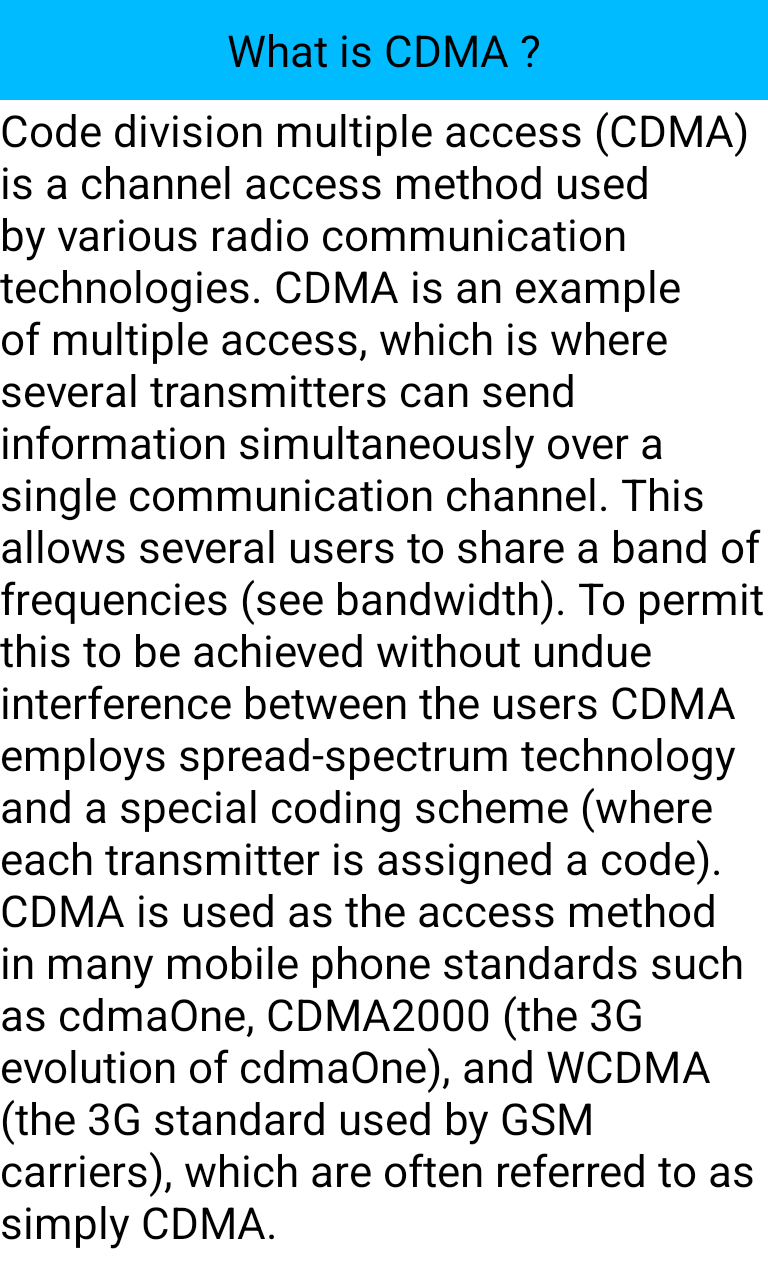
Repository: sbobhate/Android-Applications
Layout: EWBProject/res/layout/fragment1.xml
An editor plug-in stored every save of this project. The layout is shown before and after the next save, followed by the edit.
It is drawn on a 768 x 1280 px phone screen (xhdpi) without system bars, with theme AppTheme; the app's code is not run.

Above is the layout before, as saved 2014-02-22 02:41:59.

### EWBProject/res/layout/fragment1.xml
<?xml version="1.0" encoding="utf-8"?>
<RelativeLayout xmlns:android="http://schemas.android.com/apk/res/android"
    android:layout_width="match_parent"
    android:layout_height="match_parent" >

    <TextView
   	    android:id="@+id/text"
        android:layout_width="fill_parent"
        android:layout_height="50dp"
        android:textAppearance="?android:attr/textAppearanceLarge"
        android:textColor="#000000"
        android:gravity="center"
        android:text="@string/cdma_title"
        android:layout_centerHorizontal="true"
        android:background="#00BBFF" />

   	<ScrollView
   	    android:layout_below="@+id/text"
   	    android:layout_width="fill_parent"
        android:layout_height="fill_parent"
        >
		<TextView
		    android:layout_width="wrap_content"
        	android:layout_height="wrap_content"
		    android:textAppearance="?android:attr/textAppearanceLarge"
        	android:textColor="#000000"
        	android:text="@string/description"
		    />
   	</ScrollView>

</RelativeLayout>

### EWBProject/res/values-v14/styles.xml
<resources>

    <!--
        Base application theme for API 14+. This theme completely replaces
        AppBaseTheme from BOTH res/values/styles.xml and
        res/values-v11/styles.xml on API 14+ devices.
    -->
    <style name="AppBaseTheme" parent="@android:style/Theme.Holo.Light.NoActionBar.Fullscreen">
        <!-- API 14 theme customizations can go here. -->
    </style>

</resources>

### EWBProject/res/values/strings.xml
<?xml version="1.0" encoding="utf-8"?>
<resources>

    <string name="app_name">EWB Project</string>
    <string name="action_settings">Settings</string>
    <string name="hello_world">Hello world!</string>
    <string name="home_header">Home Header</string>
    <string name="instructions">Instructions</string>
    <string name="reader">Reader</string>
    <string name="home_footer">Footer</string>
    <string name="title_activity_about_us">About Us</string>
    <string name="title_activity_instructions">Instructions</string>
    <string name="materials">Materials</string>
    <string name="hello_blank_fragment">Hello blank fragment</string>
    <string name="step1">Step 1</string>
    <string name="step2">Step 2</string>
    <string name="step3">Step 3</string>
    <string name="step1_tutorial">Step 1 Tutorial</string>
    <string name="step2_tutorial">Step 2 Tutorial</string>
    <string name="step3_tutorial">Step 2 Tutorial</string>
    <string name="blueprint">Blueprint</string>
    <string name="title_activity_reader">Reader</string>
    <string name="title_activity_cdma_visual">CdmaVisual</string>
    <string name="signal_quality">Signal Quality</string>
    <string name="cdma_title">What is CDMA ?</string>
    <string name="description">Code division multiple access (CDMA) is a channel access method used by various radio communication technologies.
CDMA is an example of multiple access, which is where several transmitters can send information simultaneously over a single communication channel. This allows several users to share a band of frequencies (see bandwidth). To permit this to be achieved without undue interference between the users CDMA employs spread-spectrum technology and a special coding scheme (where each transmitter is assigned a code).
CDMA is used as the access method in many mobile phone standards such as cdmaOne, CDMA2000 (the 3G evolution of cdmaOne), and WCDMA (the 3G standard used by GSM carriers), which are often referred to as simply CDMA.</string>

</resources>

Loaded but not shown: EWBProject/res/values/styles.xml (common file); EWBProject/res/values-v11/styles.xml (common file)

After the next save:
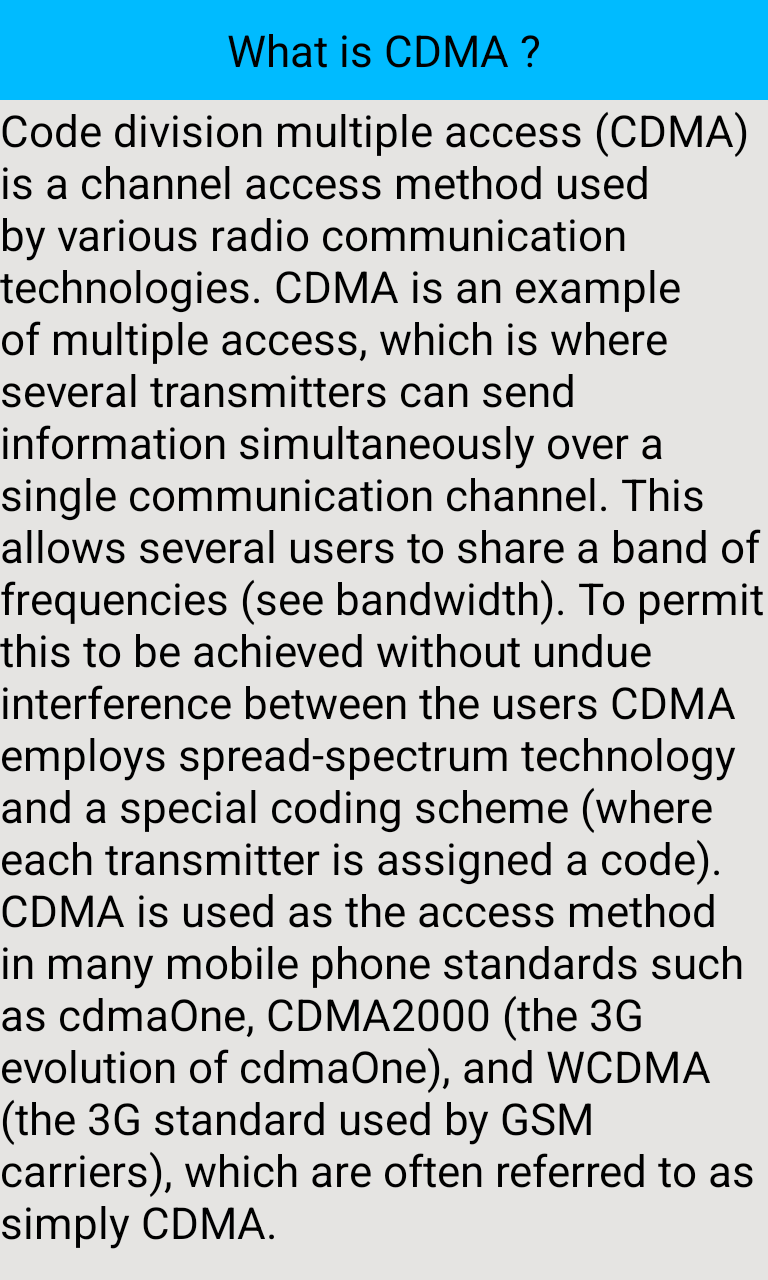
Saved 55 s later.
--- a/EWBProject/res/layout/fragment1.xml
+++ b/EWBProject/res/layout/fragment1.xml
@@ -1,7 +1,8 @@
 <?xml version="1.0" encoding="utf-8"?>
 <RelativeLayout xmlns:android="http://schemas.android.com/apk/res/android"
     android:layout_width="match_parent"
-    android:layout_height="match_parent" >
+    android:layout_height="match_parent"
+    android:background="#E5E4E2" >
 
     <TextView
    	    android:id="@+id/text"
